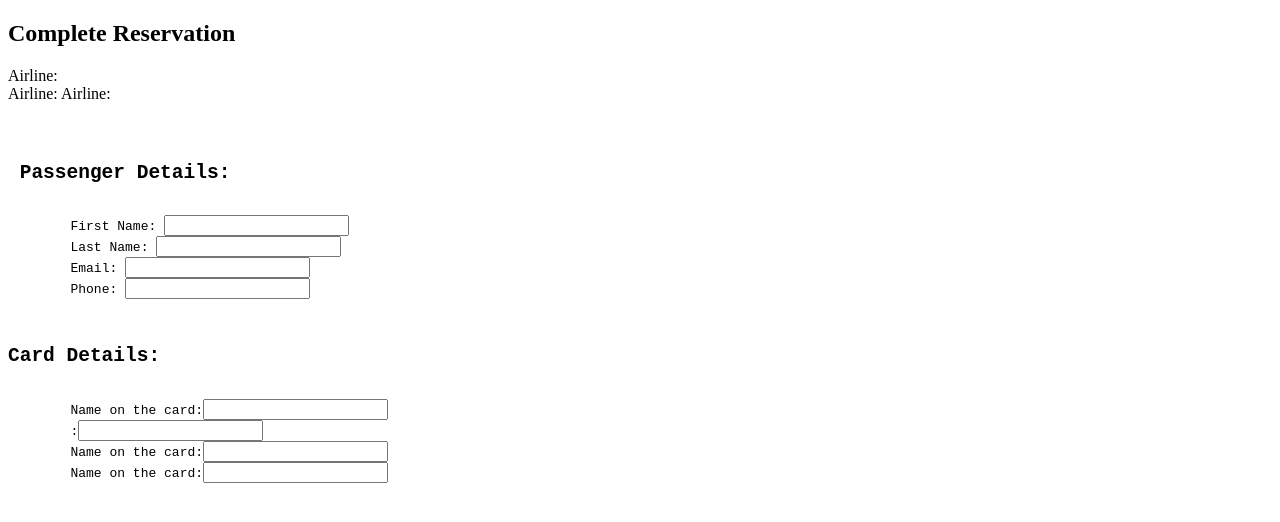
Repository: tanaya13693/EndToEndSpringJpa
Page: http://localhost/flightreservation/WEB-INF/jsps/completeReservation.jsp
The author's editor kept a copy of each file at every save. The page is drawn from the files as they stood at one save, then again after the next save.
The browser window is 1280 px wide. The pictures show the whole page.
The page is served by Tomcat 9. Nobody is signed in. The template is opened directly, without the code that normally fills it, so the values that code supplies are empty.

Above is the page before, as saved 2018-08-25 20:37:23.

After the next save:
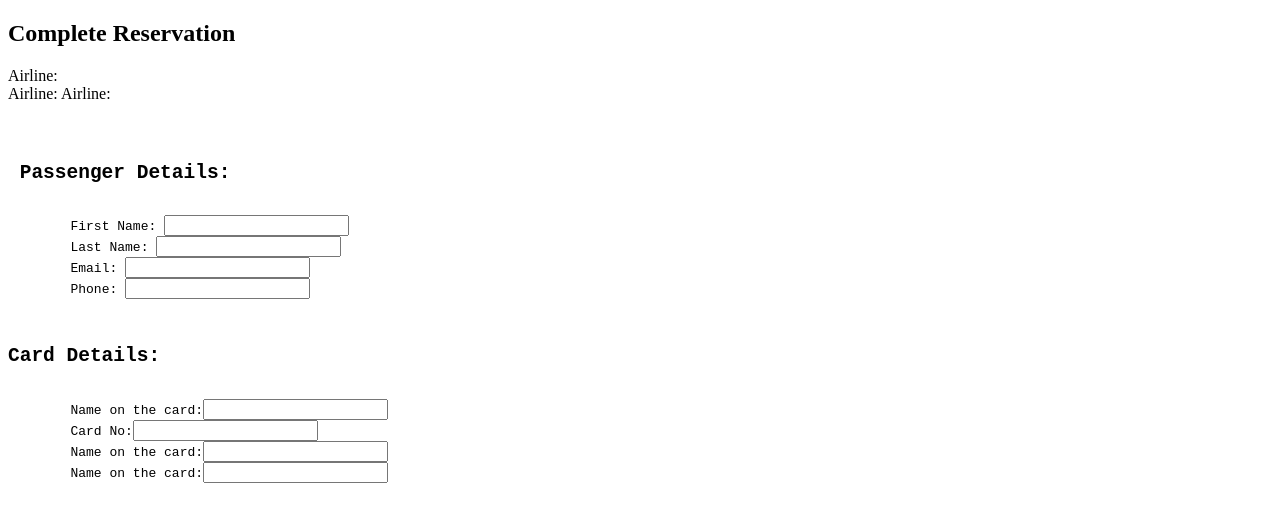
Saved 13 s later.
--- a/flightreservation/src/main/webapp/WEB-INF/jsps/completeReservation.jsp
+++ b/flightreservation/src/main/webapp/WEB-INF/jsps/completeReservation.jsp
@@ -28,7 +28,7 @@
 
 	<h2>Card Details: </h2>
 	Name on the card:<input type="text" name="nameOnTheCard">
-	:<input type="text" name="nameOnTheCard">
+	Card No:<input type="text" name="cardNumber">
 	Name on the card:<input type="text" name="nameOnTheCard">
 	Name on the card:<input type="text" name="nameOnTheCard">
 
